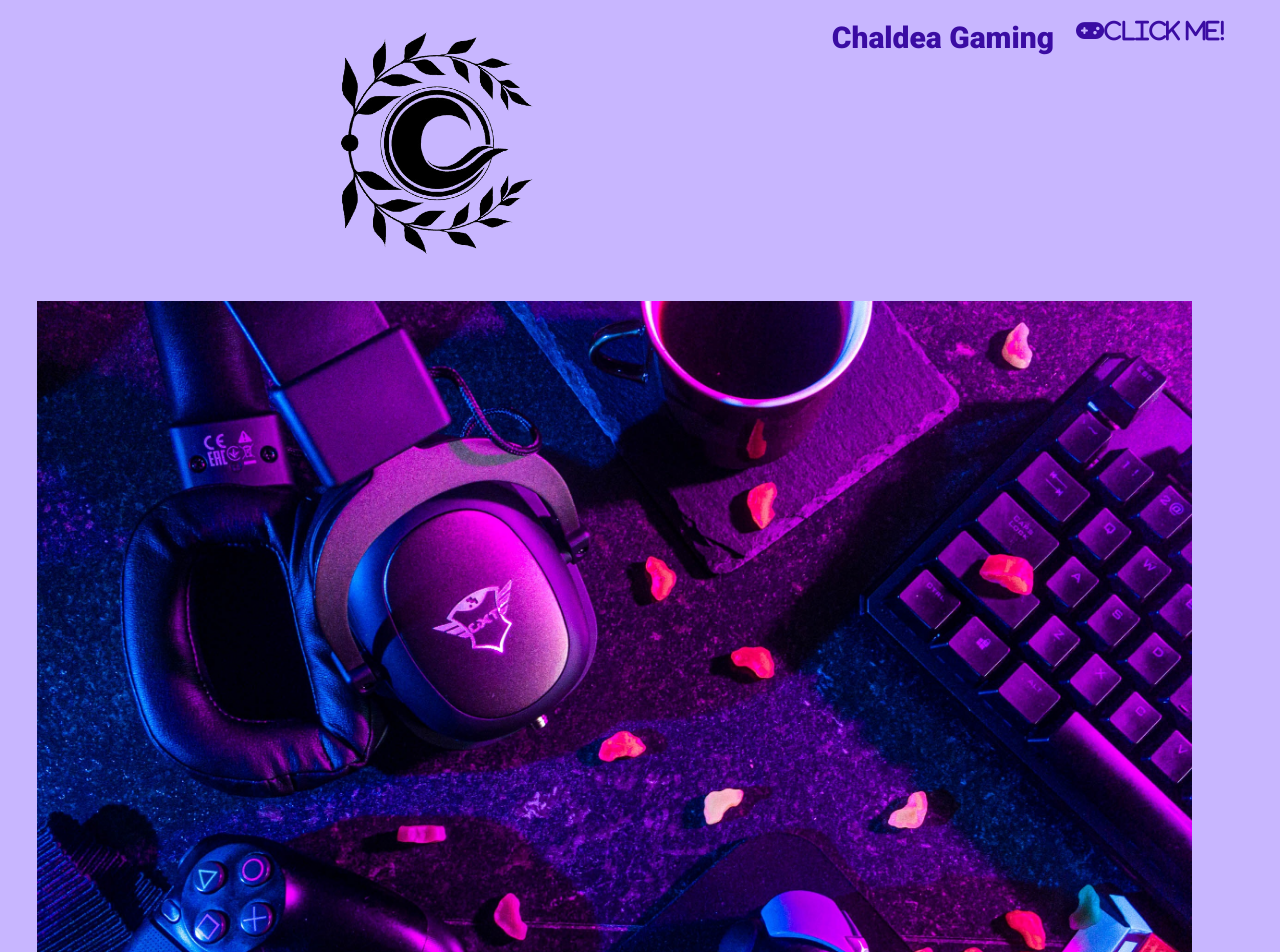
Repository: NyleNC/School-Projects
Page: Hmtl and CSS project/News.html
An editor plug-in stored every save of this project. The page is shown before and after the next save, followed by the edit.
The browser window is 1280 px wide. The pictures show the part of the page from y = 0 to 952 px (the page is 2415 px tall before and 2341 px after).
A picture or video elsewhere on the page could not be fetched, so the positions and the page height are approximate. Some web libraries are served in a nearby version.

Above is the page before, as saved 2025-01-05 17:18:36.

### Hmtl and CSS project/News.html
<!DOCTYPE html>
<html lang="en">
<head>
    <meta charset="UTF-8">
    <meta name="viewport" content="width=device-width, initial-scale=1.0">
    <title>News Page</title>
    <link rel="stylesheet" href="style.css">
    <script src="https://kit.fontawesome.com/1e3ba98075.js" crossorigin="anonymous"></script>
    <link rel="preconnect" href="https://fonts.googleapis.com">
<link rel="preconnect" href="https://fonts.gstatic.com" crossorigin>
<link href="https://fonts.googleapis.com/css2?family=Roboto:wght@400;700;900&display=swap" rel="stylesheet">
<link rel="stylesheet" href="https://cdnjs.cloudflare.com/ajax/libs/font-awesome/4.7.0/css/font-awesome.min.css">
<script src="script.js" defer></script>
</head>
<body>
    <header class="header-con">
        <nav class="main-nav">
            <i id="nav-toggle" class="fa-solid fa-gamepad fa-bounce fa-xl">Click me!</i>
            <i id="close-btn" class="fa-sharp fa-solid fa-circle-xmark fa-bounce fa-xl">Close</i>
            <ul id="nav-menu">
                <li><a href="Index.html">Home</a></li>
                <li><a href="About.html">About</a></li>
                <li><a href="Club.html">Club Information</a></li>
                <li><a href="News.html">News and Events</a></li>
                <li><a href="Contact.html">Contact</a></li>
            </ul>
        </nav>
        <div class="logo">
            <img src="Images/Logo.png" alt="Logo" width="100" height="200" >
            <h1>Chaldea Gaming</h1>
     </div>
     <div >
     <img src="Images/Header-picture.jpg" alt="A picture of gaming equipment" width="2000" height="1500" >
     </div>
    </header>
    <main>
        <div>
            <div class="Container">
                <div>
                    <nav class="event-news" >
                        <a href="#events">Events</a>
                        <a href="#news">News</a>
                    </nav>
                  <div class="event-container">
                    <div>
                    <section class="events">
                        <h2>Events</h2>
                        <h3>Feedback Fridays:</h3>
                    <p>Your opinion matters! Every Friday, we dedicate a space for members to provide feedback,
                    suggest new activities, and share their thoughts on how we can make the club even better.
            Your input helps shape the future of Chaldea Gaming Club, so be sure to participate in Feedback Fridays.</p>
                    </section>
                    </div>
                    <div>
                    <section class="news">
                        <h2>News</h2>
                        <p>Stay in the loop with the latest happenings in the gaming world and within our club.
                        From announcements about upcoming events to highlights from recent tournaments,
                        our news section is your go-to source for all things gaming. Check back regularly to ensure you don't miss any exciting updates!</p>
                    </section>
                    </div>
                </div>
             </div>
            <div class="field-container">
               <div >
                    <img src="Images/gamingvent.jpg" alt="A crowd on a event" width="2000" height="1500">
               </div>
               <div>
                    <img src="Images/competition.jpg" alt="People playing on a competition" width="2000" height="1500">
               </div>

                </div>
            </div>


        </div>

    <footer class="footer">
        <div>
        <p><small>Nyle Bumanglag 2023</small></p>
        </div>
        <div class="social">
            <a href="#" class="fa fa-facebook"></a>
            <a href="#" class="fa fa-twitter"></a>
            <a href="#" class="fa fa-reddit"></a>
        </div>
        </footer>
    </main>
</body>
</html>

### Hmtl and CSS project/Style.css
body{
    background: #c8b6ff;
    color: #3a0ca3;
    margin:0 auto;
    font-family: 'Roboto', sans-serif;
    font-weight: 400;
    font-size: 1em;
}

.footer {
    height: auto;
    margin:0 auto;
    width: 300px;
    text-align:center;
    color:#3a0ca3;
}
fieldset{
    border:5px groove #26b3de;
    border-radius: 10px;
}

h1{
    text-align: center;
    font-weight: 900;

}
h2 ,h3 {
    font-weight: 700;
    padding: 0 1em;
}

p{
    padding: 0 1em;
}
img {
    width: 95%;
    height: auto;
    margin: 20px auto;
    padding-left: 5px;

}
.main-nav{
   float: right;
   padding: 1.5em;
   margin: 0 auto;
   cursor: pointer;
}
.main-nav ul{
    background: #262032;
    color: #000000;
    display:none;
	gap:15px;
    width: 200px;
    height: auto;
    margin: 0 auto;
    transition: all 0.3s ease-in-out;

}

.main-nav ul.show {
    display: block;
}
.main-nav a{
    color: #a8dadc;
    text-decoration: wavy;
}
.main-nav a:hover{
     background-color: #4cc9f0

}

.main-nav i.hidden {
    display: none;
}
.main-nav i {
    transition: opacity 0.3s ease-in-out;
}

input[type="submit"]:hover , input[type="reset"]:hover {
	background: #7fa0bd;
	border-color: rgb(127, 164, 189);
}
input[type="text"], input[type="email"]{
	display: block;
	border: 1px outset #800f00;
	border-radius: 5px;
	height: 30px;
	width: 100%;
}
input[type="submit"],input[type="reset"] {
    border-style: groove;
    background:  #ef476f ;
	border-radius: 5px;
    color: white;
	font-size: 0.75em;
	margin-top: 15px;
	padding: 10px ;


}
label{
    font-size: 1em;
    color: #3a0ca3;
    font-weight:400;

}
legend {
	font-size: 1.25em;
	font-weight: 700;
	color:  #3a0ca3 ;
}

/* classes*/
.buttons{
    margin: 0 auto;
    display: flex;
    gap: 7em;
   padding-left:1em;
}
.logo{
    margin: 1em;
   display: flex;

}
.logo img{
    width: 50%;
    height: auto;
}
.logo a{
    text-decoration: none;
    display: flex;
}
.about-bkgd{
    background-image:url(Images/aboutbackground.jpg);
    background-position: center;
    background-size: cover;
    padding: 1em;
    border-radius:3px;

}
.about-bkgd img{
    margin: 0 auto;
	width: 25%;
    height: auto;
}
.button-bkgd{
    padding: 15px;
    line-height: 1em;
    background-color: transparent;
    background-size: cover;
    background-position: 50%;
    background-repeat: no-repeat;
    border: 2px solid #26b3de;
    border-radius: 3px;
    text-align: center;
}
.button-bkgd a{
    color: #fff;
    text-decoration: wavy;
}
.button-bkgd a:hover{
    background-color: #a8dadc;
}
.club-bkgd{
    background-image: url(Images/clubbgkd.jpg);
    background-position: center ;
    background-size: cover;
    padding: 1em;
    border-radius:3px;
}

.news-bkgd{
    background-image: url(Images/newsbgkd.jpg);
    background-position: center;
    background-size: cover;
    padding: 1em;
    border-radius:3px;
}
.contact-bkgd{
    background-image: url(Images/contactbgkd.jpg);
    background-position: center ;
    background-size: cover;
    padding: 1em;
    border-radius:3px;
}
.header-con{
    width: 95%;
    height: auto;
    margin: 0 auto;
}
.container{
    margin: 0 auto;
    gap: 1em;
    display: grid;
    grid-template-columns:  1fr 1fr;
	width: 95%;
    height: auto;
    border: 4px solid #26b3de;
    border-radius:3px;
}
.fa {
    padding: 10px;
    font-size: 20px;
    width: 30px;
    text-align: center;
    text-decoration: none;
    margin: 5px 2px;
  }
.fa-facebook {
    background: #3B5998;
    color: white;
  }
  .fa:hover {
      opacity: 0.7;
}
.fa-twitter {
    background: #55ACEE;
    color: white;
}
.fa-reddit {
    background: #ff5700;
    color: white;
  }
.social{
    text-align: right;
    margin-right: 7em;
}
.field-col{
    grid-template-columns: 1fr 1fr ;
    display: grid;
    gap: 10px;
}
.field-container{
    margin: 0 auto;
    gap: 1em;
    display: grid;
    grid-template-columns:  1fr 1fr;
	width: 95%;
    height: auto;

}
.event-news {
    display: flex;

    border:5px solid #b388eb;
    width: 90%;
    gap: 10em;
    padding-left: 5em;
}

.event-news a{
    color: #3a0ca3;
    text-decoration: wavy;
}

.event-news a:hover{
    background-color: #4cc9f0

}

section {
    padding: 15px;
}


.event-container{
    display: grid;
    grid-template-columns: 1fr 1fr;
    width: 95%;
    height: auto;
    text-align: left;
}


@media only screen and (min-width: 768px) {
    .container{
       margin: 0 auto;
        gap: 10px;
        display: grid;
        grid-template-columns:  1fr 1fr 1fr 1fr;
        width: 95%;
        height: auto;

    }
    img{
        margin: 1em auto;

    }
    body{
        margin: 0 auto;
       font-size: 15px;

    }
    .main-nav ul{
    width: 500px;
    height: auto;
    margin: 0 auto;
    }
    .buttons{
        margin: 0 auto;
        display: flex;
        gap: 8em;
       padding-left:9em;
    }
    .logo img{
        width: 25%;
        height: auto;
    }
    .logo{
        margin: 0 auto;
       display: flex;

    }
}

@media only screen and (min-width: 1440px){
    body{
        margin: 0 auto;
        font-size: 2em;

    }
    img{
        margin: 0 1em;
    }
    .container{
        margin: 0 auto;
         gap: 1em;
         display: grid;
         grid-template-columns:   1fr 1fr 1fr 1fr;
         width: 95%;
         height: auto;
         text-align: center;
         padding-right: 1em;
     }

    .main-nav ul{
        width: 500px;
    height: auto;
    margin: 0 auto;
    }
    .social{
        text-align: right;
        margin-right: 2em;
    }
    .buttons{
        margin: 0 auto;
        display: flex;
        gap: 8em;
       padding-left:15em;
    }
    .logo img{
        width: 25%;
        height: auto;
        margin-bottom: 1em;
        margin-top: 1em;
    }

}

@media only screen and (min-width: 1920px){
    body{
        margin: 0 auto;
        font-size: 2em;

    }
    img{
        margin: 0 1em;
        width: 95%;
        height: auto;
    }
    .container{
        margin: 0 auto;
         gap: 1em;
         display: grid;
         grid-template-columns:   1fr 1fr 1fr 1fr;
         width: 95%;
         height: auto;
         text-align: center;
         padding-right: 1em;
     }

    .main-nav ul{
        width: 500px;
    height: auto;
    margin: 0 auto;
    }
    .social{
        text-align: right;
        margin-right: 2em;
    }
    .buttons{
        margin: 0 auto;
        display: flex;
        gap: 8em;
       padding-left:15em;
    }
    .logo img{
        width: 25%;
        height: auto;
        margin-bottom: 1em;
        margin-top: 1em;
    }
    .event-news {
        display: flex;

        border:5px solid #b388eb;
        margin: 0 auto;
        width: 90%;
        gap: 25em;
        padding-left: 10em;
    }
    .field-container{
        margin: 1em auto;
        gap: 1em;
        display: grid;
        grid-template-columns:  1fr 1fr;
        width: 95%;
        height: auto;

    }

}

### Hmtl and CSS project/script.js
document.addEventListener("DOMContentLoaded", function () {
    const navToggle = document.getElementById("nav-toggle");
    const closeBtn = document.getElementById("close-btn");

    // Ensure the "Click Me!" button is visible and the "Close" button is hidden
    navToggle.classList.remove("hidden");
    closeBtn.classList.add("hidden");
});
document.getElementById("nav-toggle").addEventListener("click", function () {
    const navMenu = document.getElementById("nav-menu");
    const navToggle = document.getElementById("nav-toggle");
    const closeBtn = document.getElementById("close-btn");

    // Toggle the navigation menu visibility
    navMenu.classList.toggle("show");

    // Toggle visibility of "Click me!" and "Close" button
    navToggle.classList.toggle("hidden");
    closeBtn.classList.toggle("hidden");
});

// Close the navigation menu when "Close" button is clicked
document.getElementById("close-btn").addEventListener("click", function () {
    const navMenu = document.getElementById("nav-menu");
    const navToggle = document.getElementById("nav-toggle");
    const closeBtn = document.getElementById("close-btn");

    // Hide the navigation menu
    navMenu.classList.remove("show");

    // Show the "Click me!" button and hide the "Close" button
    navToggle.classList.remove("hidden");
    closeBtn.classList.add("hidden");
});

After the next save:
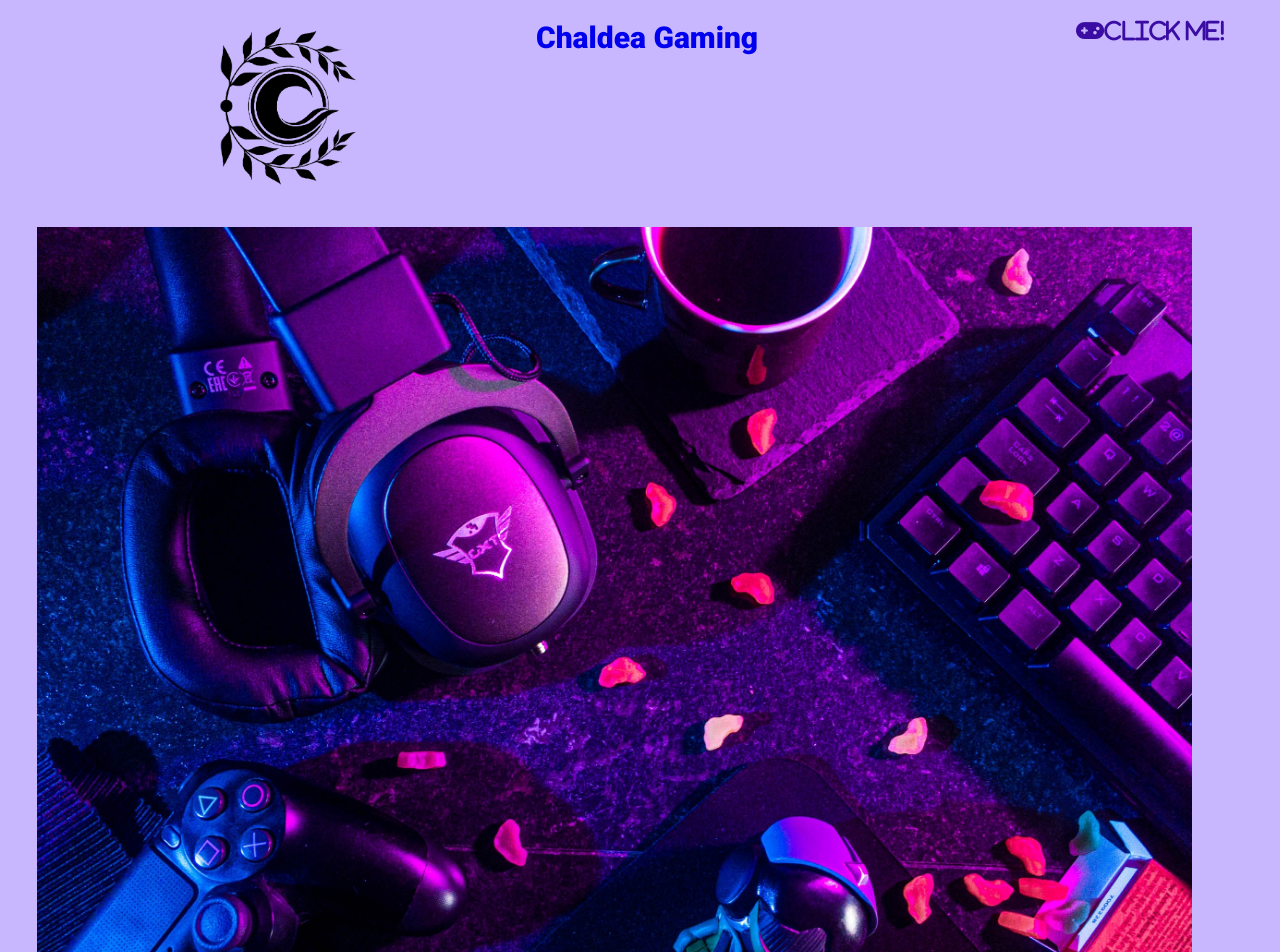
Saved 32 s later.
--- a/Hmtl and CSS project/News.html
+++ b/Hmtl and CSS project/News.html
@@ -26,8 +26,10 @@
             </ul>
         </nav>
         <div class="logo">
-            <img src="Images/Logo.png" alt="Logo" width="100" height="200" >
+            <a href="Index.html">
+            <img src="Images/Logo.png" alt="Logo" width="100" height="200"  >
             <h1>Chaldea Gaming</h1>
+        </a>
      </div>
      <div >
      <img src="Images/Header-picture.jpg" alt="A picture of gaming equipment" width="2000" height="1500" >
